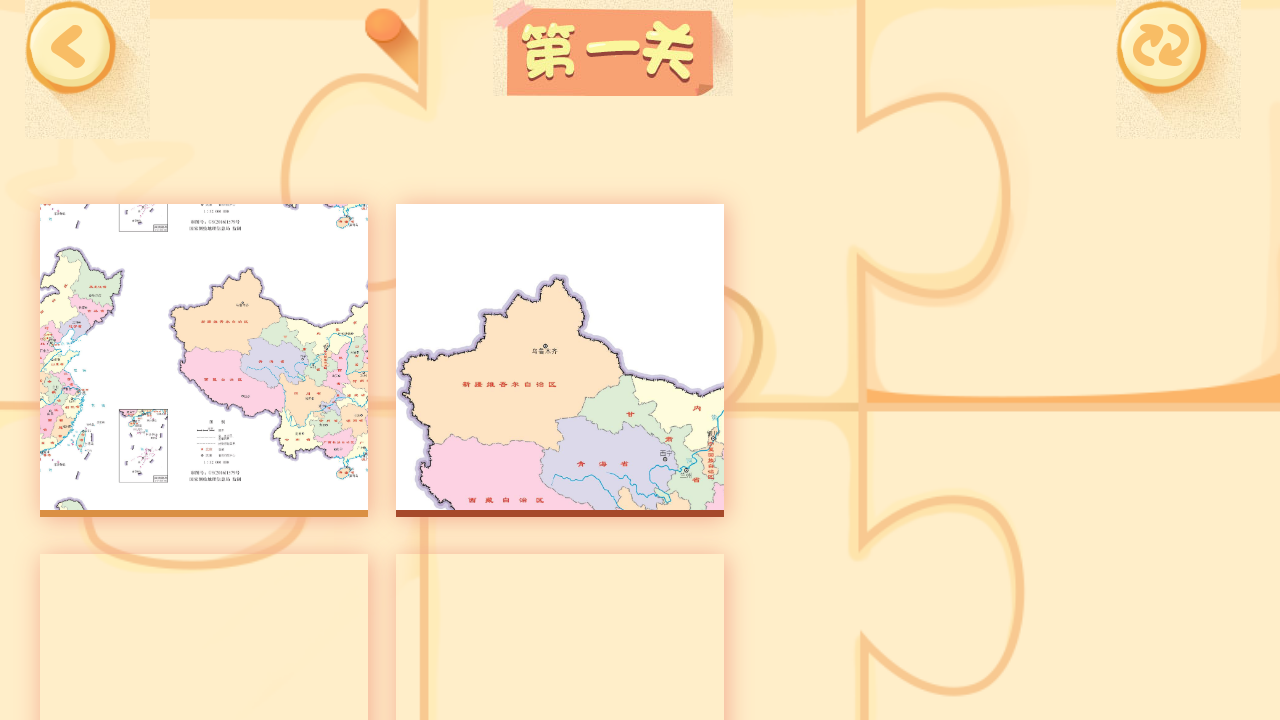
Repository: RedrockTeam/China-map-puzzle
Page: /#/choose/first
The author's editor kept a copy of each file at every save. The page is drawn from the files as they stood at one save, then again after the next save.
The browser window is 1280 px wide. The pictures show the whole page.
Some web fonts or font styles are not loaded; a fallback is used. The project was rebuilt for these pictures with package versions that can differ from the ones it lists, and the page was loaded fresh each time. Also part of the build but not shown: vue.config.js, src/network/request.js, src/views/home.vue, src/views/choose.vue, src/views/pass.vue, src/components/dialog.vue. Imported but missing from the stored project, and not drawn on this page: src/views/rankList1, src/views/rankList2, src/views/rankList3, src/views/rankList4.

Above is the page before, as saved 2019-09-24 19:28:37.

### public/index.html
<!DOCTYPE html>
<html lang="en">

<head>
  <meta charset="utf-8">
  <meta http-equiv="X-UA-Compatible" content="IE=edge">
  <meta name="viewport" content="width=device-width,initial-scale=1.0">
  <link rel="icon" href="<%= BASE_URL %>favicon.ico">
  <title>puzzle-game</title>
</head>

<body>
  <noscript>
    <strong>We're sorry but my doesn't work properly without JavaScript enabled. Please enable it to continue.</strong>
  </noscript>
  <div id="app"></div>
  <!-- built files will be auto injected -->


 </body>
</html>

### src/main.js
import Vue from 'vue'
import App from './App.vue'
import router from './router'
import store from './store'
// import ApiService from './common/service/api'

import './assets/styles/common.css'
import './assets/font/font.css'

// Vue.config.productionTip = false

// ApiService.init()

new Vue({
  router,
  store,
  render: h => h(App)
}).$mount('#app')

### src/App.vue
<template>
  <div>
    <router-view></router-view>
  </div>
</template>

<script>
export default {
  name: 'App',
  data() {
    return {};
  }
};
</script>
<style>
</style>

### src/router/index.js
import Vue from 'vue'
import Router from 'vue-router'
import Home from '../views/home.vue'
import Choose from '../views/choose.vue'
import Result from '../views/result.vue'
import Pass from '../views/pass.vue'
import Button from '../components/dialog.vue'
import First from '../views/first.vue'


Vue.use(Router)

export default new Router({
  routes: [{
    path: '/',
    redirect: '/home'
  },
  {
    path: '/home',
    name: 'home',
    component: Home,
  },
  {
    path: '/pass',
    name: 'pass',
    component: Pass,
  },
  {
    path: '/result',
    name: 'result',
    component: Result,
  },
  {
    path: '/button',
    name: 'button',
    component: Button,
  },
  {
    path: '/choose',
    name: 'choose',
    component: First,
    children: [{
      path: 'first',
      name: 'first',
      component: () => import('../views/first.vue'),
      children: [{
        path: 'rank',
        name: 'rankList1',
        component: () => import('../views/rankList1')
      }

      ]
    },
    {
      path: 'second',
      name: 'second',
      component: () => import('../views/second.vue'),
      children: [{
        path: 'rank',
        name: 'rankList2',
        component: () => import('../views/rankList2')
      }

      ]
    },
    {
      path: 'third',
      name: 'third',
      component: () => import('../views/third.vue'),
      children: [{
        path: 'rank',
        name: 'rankList3',
        component: () => import('../views/rankList3')
      }

      ]
    },
    {
      path: 'forth',
      name: 'forth',
      component: () => import('../views/forth.vue'),
      children: [{
        path: 'rank',
        name: 'rankList4',
        component: () => import('../views/rankList4')
      }

      ]
    }
    ]

  }
  ]


})

### src/store/index.js
import Vue from 'vue'
import Vuex from 'vuex'
import {
  isContext
} from 'vm';

Vue.use(Vuex)

export default new Vuex.Store({
  state: {
    time: {
      minute: 0,
      second: 0,
      millisecond: 0,
      timecount: '00:00:00',
    },
  },
  mutations: {
    //开始
    start() {
      var that = this;
      //停止（暂停）
      clearInterval(time);
      //时间重置
      that.setData({
        minute: 0,
        second: 0,
        millisecond: 0,
      })
      time = setInterval(function () {
        that.timer()
      }, 50);
      time = () => {
        that.timer()
      }
    },
    //停止
    stop() {
      var that = this
      clearInterval(intt);
      that.setData({
        minute: 0,
        second: 0,
        millisecond: 0,
        timecount: '00:00:00',
      })
    },
    timer() {
      var that = this;
      console.log(that.data.millisecond)
      that.setData({
        millisecond: that.data.millisecond + 5
      })
      if (that.data.millisecond >= 100) {
        that.setData({
          millisecond: 0,
          second: that.data.second + 1
        })
      }
      if (that.data.second >= 60) {
        that.setData({
          second: 0,
          minute: that.data.minute + 1
        })
      }
      that.setData({
        timecount: that.data.minute + ":" + that.data.second + ":" + that.data.millisecond
      })
    },
  },
  actions: {
    // time = setInterval(function () {
    //   context.commit('time')
    // }, 50)
  }
})

### src/assets/styles/common.css
/* global */
* {
    margin: 0;
    padding: 0;
}

html {
    overflow-y: scroll;
    overflow-x: hidden;

}

html,
body {
    width: 100%;
}

a {
    text-decoration: none;
    text-align: center;
    cursor: pointer;
    color: black;
    outline: none;
}

a:hover {
    text-decoration: underline;
}

ul,
ol {
    list-style: none;
}

.clear {
    clear: both;
}

### src/assets/font/font.css
@font-face {
    font-family: "Tanuki";
    font-weight: normal;
    font-style: normal;
    src: url('./Tanuki.ttf') format('truetype');
}

@font-face {
    font-family: "Cotton";
    font-weight: normal;
    font-style: normal;
    src: url('./cotton.ttf') format('truetype');
}

### src/views/result.vue
<template>
  <div class="bg">
    <div class="head">
      <div class="back"></div>
      <div class="title"></div>
      <div class="front"></div>
    </div>

    <div class="contain">
      <div class="score">
        <div>
          <p>
            <span class="clock"></span>
            <span class="word">我的时间：</span>
          </p>
          <p>
            <i class="grade"></i>
            <span class="word">我的成绩：</span>
          </p>
        </div>
      </div>
      <div class="list">
        <p class="list_item first">
          <span class="icon"></span>
          <span class="nickname">这是我的昵称</span>
          <span class="time">10s</span>
        </p>
        <p class="list_item second">
          <span class="icon"></span>
          <span class="nickname">这是我的昵称</span>
          <span class="time">10s</span>
        </p>
        <p class="list_item third">
          <span class="icon"></span>
          <span class="nickname">这是我的昵称</span>
          <span class="time">10s</span>
        </p>
        <p class="list_item">
          <span class="normal">4</span>
          <span class="nickname">这是我的昵称</span>
          <span class="time">10s</span>
        </p>
        <p class="list_item">
          <span class="normal">4</span>
          <span class="nickname">这是我的昵称</span>
          <span class="time">10s</span>
        </p>
      </div>
    </div>
    <div class="line"></div>
  </div>
</template>

<style>
.bg {
  position: absolute;
  top: 0;
  left: 0;
  height: 100%;
  width: 100%;
  background: url("../assets/img/pass/background.png");
  background-size: cover;
}
.head {
  display: flex;
  margin-top: 60px;
  margin-left: 50px;
}

.back {
  background: url("../assets/img/ranking/back.png");
  width: 93px;
  height: 97px;
  background-size: cover;
  margin-right: 120px;
}
.title {
  background: url("../assets/img/ranking/ranking_title.png") no-repeat;
  width: 260px;
  height: 200px;
  background-size: 100%;
  margin-left: -40px;
}
.front {
  background: url("../assets/img/ranking/front.png");
  width: 93px;
  height: 97px;
  background-size: cover;
  margin-left: 80px;
}

.contain {
  width: 650px;
  height: 850px;
  background: #ffae72;
  margin: -15px auto 0;
}

.score {
  width: 617px;
  height: 206px;
  background: url("../assets/img/ranking/result.png");
  background-size: cover;
  padding-top: 40px;
}
.score div {
  margin-top: 20px;
  margin-left: 20px;
}

.word {
  letter-spacing: 5px;
}

.score p {
  color: #ffae72;
  font-weight: bold;
  font-size: 35px;
  padding-top: 20px;
  margin: 0 auto;
  width: 250px;
  margin-left: 50px;
  margin-top: 10px;
}

.clock,
.grade {
  width: 29px;
  height: 29px;
  display: inline-block;
  margin-right: 10px;
}
.clock {
  background: url("../assets/img/ranking/clock.png") no-repeat;
  background-size: cover;
}
.grade {
  background: url("../assets/img/ranking/list.png") no-repeat;
  background-size: cover;
}
.list {
  height: 520px;
  overflow: auto;
  margin-top: 20px;
}
::-webkit-scrollbar {
  display: none;
}
.list_item {
  background: url("../assets/img/ranking/box.png");
  width: 580px;
  height: 125px;
  background-size: cover;
  margin-left: 50px;
  display: flex;
}
.icon {
  display: inline-block;
  width: 81px;
  height: 82px;
  margin: 15px 35px;
}
.first .icon {
  background: url("../assets/img/ranking/first.png");
  background-size: cover;
}
.second .icon {
  background: url("../assets/img/ranking/second.png");
  background-size: cover;
}
.third .icon {
  background: url("../assets/img/ranking/third.png");
  background-size: cover;
}
.nickname {
  color: #ffae72;
  font-size: 35px;
  font-weight: bold;
  display: inline-block;
  margin-top: 30px;
  font-family: Tanuki;
}
.time,
.normal {
  margin-left: auto;
  margin-right: 80px;
  font-weight: bold;
  display: inline-block;
  margin-top: 20px;
  color: #ff7b5c;
  font-size: 50px;
}

.line {
  width: 570px;
  height: 36px;
  background: url("../assets/img/ranking/line.png");
  background-size: cover;
  margin-left: 100px;
  margin-top: -50px;
}
</style>

<script>
export default {};
</script>

### src/views/first.vue
<template>
  <div class="game">
    <div class="header">
      <div class="back_shadow">
        <div class="back" @click="toHome"></div>
      </div>
      <div class="title">
        <img src="../assets/img/game/one.png" />
      </div>
      <div class="refresh_shadow">
        <div class="refresh"></div>
      </div>
    </div>
    <div class="main">
      <div class="piece chosen first"></div>
      <div class="piece second"></div>
      <div class="piece third"></div>
      <div class="piece four"></div>
    </div>
    <div class="showpic_shadow">
      <div class="showpic" @click="showPic">长按可看3s原图</div>
    </div>
  </div>
</template>

<script>
// 因为图还没出来，先把first的内容写在这
export default {};
</script>
<style lang="scss" scoped>
.game {
  position: absolute;
  top: 0;
  left: 0;
  height: 100%;
  width: 100%;
  background: url("../assets/img/pass/background.png");
  background-size: cover;
  overflow: hidden;
  .header {
    width: 95%;
    height: 140px;
    margin: 0 auto 24px 25px;
    display: inline-flex;
    justify-content: space-between;
    .back_shadow {
      width: 125px;
      height: 139px;
      background-image: url("../assets/img/common/btn_sbg.jpg");
      background-repeat: no-repeat;
      background-position: 0% 0%;
      background-size: contain;
      .back {
        width: 92px;
        height: 95px;
        background-image: url("../assets/img/common/back.png");
        background-repeat: no-repeat;
        background-position: 0% 0%;
        background-size: contain;
      }
    }
    .title {
      width: 240px;
      height: 96px;
      background-image: url("../assets/img/game/title_bg.jpg");
      background-repeat: no-repeat;
      background-position: 0% 0%;
      background-size: contain;

      display: flex;
      justify-content: center;
      align-items: center;
      img {
        width: 54px;
        height: 17px;
      }
    }
    .refresh_shadow {
      width: 125px;
      height: 139px;
      background-image: url("../assets/img/common/btn_sbg.jpg");
      background-repeat: no-repeat;
      background-position: 0% 0%;
      background-size: contain;
      .refresh {
        width: 92px;
        height: 95px;
        background-image: url("../assets/img/common/refresh.png");
        background-repeat: no-repeat;
        background-position: 0% 0%;
        background-size: contain;
      }
    }
  }
  .main {
    width: 750px;
    height: 700px;

    padding: 26px;
    display: flex;
    flex-wrap: wrap;
    .piece {
      width: 328px;
      height: 306px;
      box-shadow: 2px 2px 24px #f3a98f;
      margin: 14px 14px 0 14px;
      border-bottom: 7px solid #a6492b;
    }
    .first {
      background: url("../assets/img/button/map.jpg");
      background-size: 100%;
      background-position: -200px;
    }
    .second {
      background-position-x: 328px;
      background: url("../assets/img/button/map.jpg");
      background-size: 200%;
    }
    .chosen {
      border-bottom: 7px solid #da8f43;
    }
  }
  .showpic_shadow {
    width: 560px;
    height: 173px;
    margin: 60px auto auto 154px;
    background-image: url("../assets/img/game/showpic_sbg.jpg");
    background-repeat: no-repeat;
    background-position: 0% 0%;
    background-size: contain;

    .showpic {
      width: 458px;
      height: 107px;
      background-image: url("../assets/img/game/showpic_bg.png");
      background-repeat: no-repeat;
      background-position: 0% 0%;
      background-size: contain;
      text-align: center;
      line-height: 107px;
      font-family: "Cotton";
      font-size: 50px;
      color: #fffcad;
    }
  }
}
</style>

After the next save:
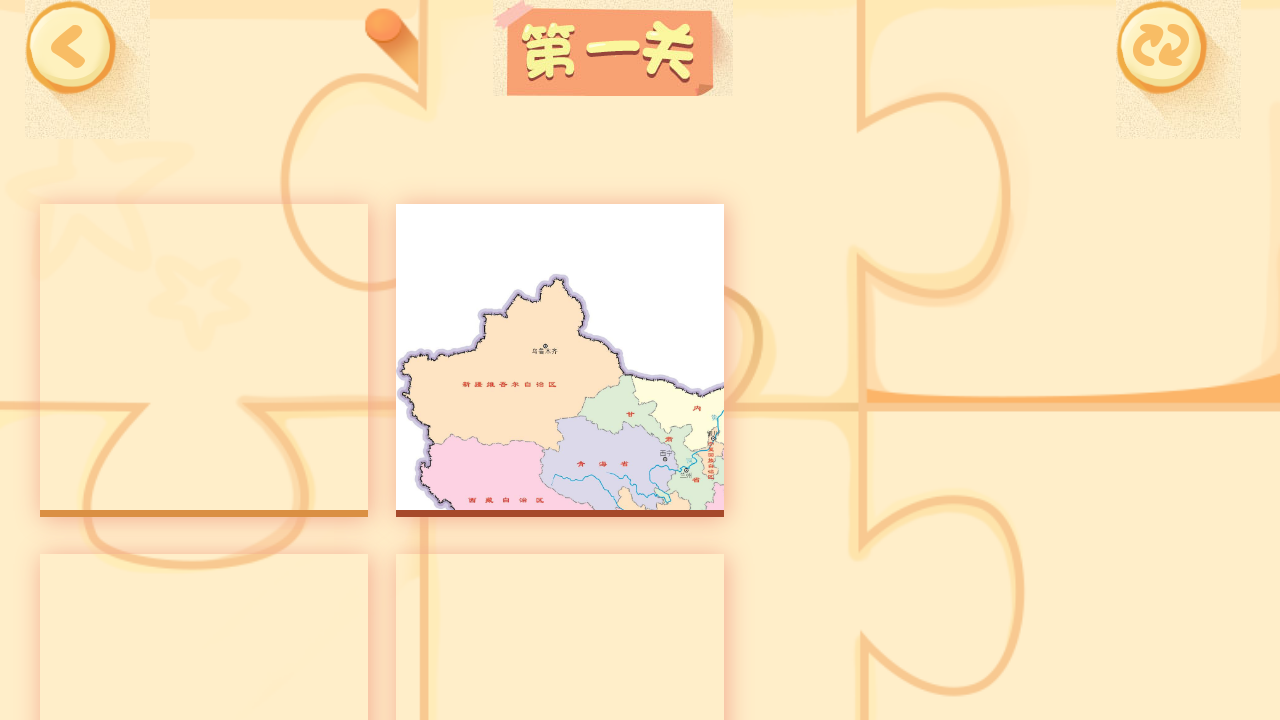
Saved 47 s later.
--- a/src/views/first.vue
+++ b/src/views/first.vue
@@ -105,12 +105,13 @@ export default {};
       box-shadow: 2px 2px 24px #f3a98f;
       margin: 14px 14px 0 14px;
       border-bottom: 7px solid #a6492b;
+      .first {
+        background: url("../assets/img/button/map.jpg");
+        background-size: 100%;
+        background-position: -200px;
+      }
     }
-    .first {
-      background: url("../assets/img/button/map.jpg");
-      background-size: 100%;
-      background-position: -200px;
-    }
+
     .second {
       background-position-x: 328px;
       background: url("../assets/img/button/map.jpg");
